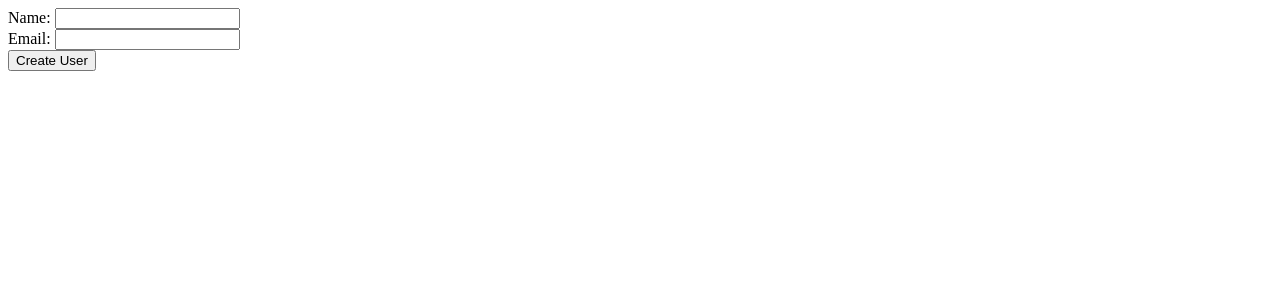
Repository: 2001Yogi/JavaWebAssignment
Page: http://localhost/JSPCRUD/
These files come from the project's save history. The page is drawn as it stood at one moment and after the next save; the edit follows.
The browser window is 1280 px wide. The pictures show the whole page.
The page is served by Tomcat 9.

Above is the page before, as saved 2024-09-18 11:57:21.

### JSPCRUD/src/main/webapp/index.jsp
<%@page import="java.sql.PreparedStatement"%>
	<%@ include file="dbconnection.jsp" %>
<%@ page language="java" contentType="text/html; charset=ISO-8859-1"
    pageEncoding="ISO-8859-1"%>
<!DOCTYPE html>
<html>
<head>
<meta charset="ISO-8859-1">
<title>Insert title here</title>
</head>
<body>


<%
    String name = request.getParameter("name");
    String email = request.getParameter("email");

    if (name != null && email != null) {
        try {
            String query = "INSERT INTO record (name, email) VALUES (?, ?)";
            PreparedStatement pst = conn.prepareStatement(query);
            pst.setString(1, name);
            pst.setString(2, email);
            pst.executeUpdate();
            out.println("User created successfully!");
        } catch (Exception e) {
            e.printStackTrace();
        }
    }
%>

<form method="post" action="view.jsp">
    Name: <input type="text" name="name"><br>
    Email: <input type="text" name="email"><br>
    <input type="submit" value="Create User">
</form>
</body>
</html>

### JSPCRUD/src/main/webapp/dbconnection.jsp
<%@page import="java.sql.DriverManager"%>
<%@page import="java.sql.Connection"%>
<%@ page language="java" contentType="text/html; charset=ISO-8859-1"
    pageEncoding="ISO-8859-1"%>
<!DOCTYPE html>
<html>
<head>
<meta charset="ISO-8859-1">
<title>Insert title here</title>
</head>
<body>
<%
    String url = "jdbc:mysql://localhost:3306/usercrud";
    String username = "root";
    String password = "";  // Replace with your DB password
    Connection conn = null;

    try {
        Class.forName("com.mysql.jdbc.Driver");
        conn = DriverManager.getConnection(url, username, password);
    } catch (Exception e) {
        e.printStackTrace();
    }
%>
</body>
</html>

After the next save:
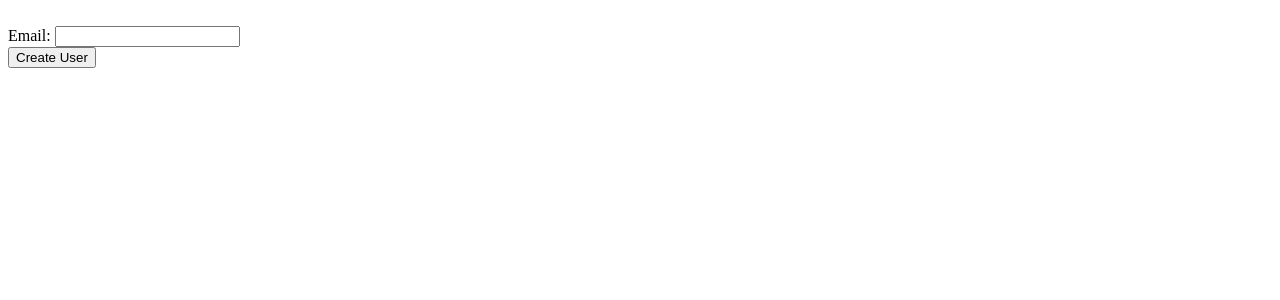
Saved 5 s later.
--- a/JSPCRUD/src/main/webapp/index.jsp
+++ b/JSPCRUD/src/main/webapp/index.jsp
@@ -29,7 +29,7 @@
     }
 %>
 
-<form method="post" action="view.jsp">
+<form method="post"
     Name: <input type="text" name="name"><br>
     Email: <input type="text" name="email"><br>
     <input type="submit" value="Create User">

After the save that followed:
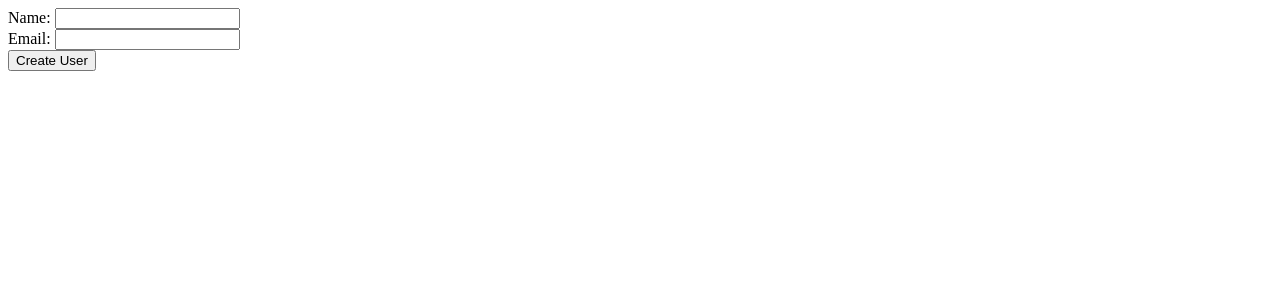
Saved 4 s later.
--- a/JSPCRUD/src/main/webapp/index.jsp
+++ b/JSPCRUD/src/main/webapp/index.jsp
@@ -29,7 +29,7 @@
     }
 %>
 
-<form method="post"
+<form method="post">
     Name: <input type="text" name="name"><br>
     Email: <input type="text" name="email"><br>
     <input type="submit" value="Create User">
